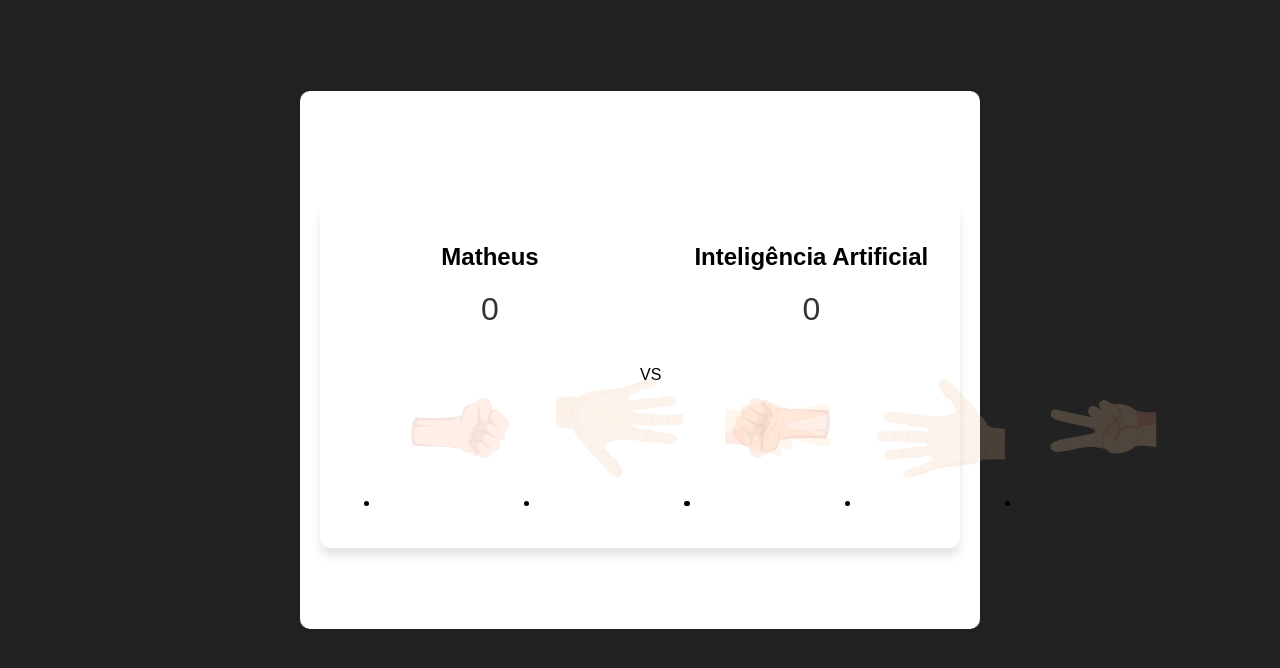
Repository: Matheus904-12/Pedra-Papel
Page: index.html
The author's editor kept a copy of each file at every save. The page is drawn from the files as they stood at one save, then again after the next save.
The browser window is 1280 px wide. The pictures show the whole page.

Above is the page before, as saved 2023-08-28 22:14:55.

### index.html
<!DOCTYPE html>
<html lang="en">
<head>
    <meta charset="UTF-8">
    <meta name="viewport" content="width=device-width, initial-scale=1.0">
    <title>Pedra, Papel e Tesoura</title>
    <link rel="stylesheet" href="style.css">
    <script src="script.js"></script>
</head>
<body>
    <center>
    <div class="box">
        <div class="container">
            <h1 id="titulo">Pedra, Papel e Tesoura</h1>
            <div class="placar" id="placar">
                <div class="jogador">
                    <h2 id="jogadorNome">Matheus</h2>
                    <p id="jogadorPontos">0</p>
                    <ul class="escolhas" id="jogadorEscolha">
                        <li>
                            <a id="jogadorEscolha1" class="escolha" onclick="jogar(1)">
                                <img src="img/1-removebg-preview.png" alt="">
                            </a>
                        </li>
                        <li>
                            <a id="jogadorEscolha2" class="escolha" onclick="jogar(2)">
                                <img src="img/2-removebg-preview.png" alt="">
                            </a>
                        </li>
                        <li>
                            <a id="jogadorEscolha3" class="escolha" onclick="jogar(3)">
                                <img src="img/3-removebg-preview.png" alt="">
                            </a>
                        </li>
                    </ul>
                </div>
                <div id="versus">VS</div>
                <div class="computador">
                    <h2 id="computadorNome">Inteligência Artificial</h2>
                    <p id="computadorPontos">0</p>
                    <ul class="escolhas" id="computadorEscolha">
                        <li>
                            <a id="computadorEscolha1" class="escolha">
                                <img src="img2/1.png" alt="">
                            </a>
                        </li>
                        <li>
                            <a id="computadorEscolha2" class="escolha">
                                <img src="img2/2.png" alt="">
                            </a>
                        </li>
                        <li>
                            <a id="computadorEscolha3" class="escolha">
                                <img src="img2/3.png" alt="">
                            </a>
                        </li>
                    </ul>
                </div>
            </div>
            <div class="mensagem"><p id="mensagem"class="result-message">&nbsp;</p>
    </div>
</center>
</body>
</html>

### style.css
/* Estilos para as escolhas do jogador e do computador */
ul#jogadorEscolha li a,
ul#computadorEscolha li a {
    opacity: 0.2;
    transition: ease-in-out 0.3s;
}

ul#jogadorEscolha li a:hover,
ul#jogadorEscolha li a.selecionado,
ul#computadorEscolha li a.selecionado {
    opacity: 1;
}

/* Estilos gerais */
body {
    font-family: 'Arial', sans-serif;
    background-color: #222;
    margin: 0;
    padding: 0;
    transition: background-color 0.5s ease;
    display: flex;
    align-items: center;
    justify-content: center;
    min-height: 100vh;
}

/* Estilo do container principal */
.box {
    display: flex;
    flex-direction: column;
    align-items: center;
    justify-content: center;
    background-color: #fff;
    box-shadow: 0 0 10px rgba(0, 0, 0, 0.1);
    border-radius: 10px;
    padding: 20px;
    margin: 20px;
}

/* Estilo do título */
#titulo {
    font-size: 2.5rem;
    color: #fff;
    margin-bottom: 20px;
}

/* Estilo do placar */
.placar {
    display: flex;
    align-items: center;
    justify-content: space-between;
    padding: 20px;
    background-color: #fff;
    border-radius: 10px;
    box-shadow: 0 8px 8px rgba(0, 0, 0, 0.1);
    width: 100%;
    max-width: 600px;
    margin-top: 20px;
}

.jogador,
.computador {
    width: 50%;
}

.jogador p,
.computador p {
    font-size: 2rem;
    color: #333;
    margin: 0;
}

.escolhas {
    display: flex;
    justify-content: space-around;
    margin-top: 20px;
}

.escolhas img {
    max-width: 160px;
    cursor: pointer;
    transition: transform 0.3s ease;
}

.escolhas img:hover {
    transform: scale(1.1);
}

/* Estilo do resultado/mensagem */
.result-message {
    font-size: 1.2rem;
    margin-top: 20px;
    color: #fff;
}

.result-message.vitoria {
    color: #4CAF50;
}

.result-message.derrota {
    color: #FF5733;
}

.result-message.empate {
    color: #FFC300;
}

/* Estilo do botão reiniciar */
.reiniciar-jogo {
    background-color: #3498db;
    border: none;
    color: white;
    padding: 10px 20px;
    text-align: center;
    text-decoration: none;
    display: inline-block;
    font-size: 16px;
    border-radius: 5px;
    cursor: pointer;
    transition: background-color 0.3s ease;
    margin-top: 20px;
}

.reiniciar-jogo:hover {
    background-color: #2980b9;
}

/* Estilo do histórico */
.historico {
    text-align: center;
    margin-top: 20px;
}

.historico-toggle {
    background-color: #333;
    border: none;
    color: white;
    padding: 5px 10px;
    font-size: 14px;
    border-radius: 5px;
    cursor: pointer;
    transition: background-color 0.3s ease;
}

.historico-toggle:hover {
    background-color: #222;
}

.historico-list {
    list-style: none;
    padding: 0;
    display: none;
    text-align: left;
}

.historico-list li {
    font-size: 14px;
    margin-bottom: 5px;
    color: #fff;
}

### script.js
let jogadorEscolha = 0;
let jogadorPontos = 0;
let computadorEscolha = 0;
let computadorPontos = 0;
let ganhador = -1;
let historico = [];

function jogar(escolha){
    jogadorEscolha = escolha;
    computadorEscolha = Math.floor(Math.random() * 3) + 1;


/*PEDRA = 1
  PAPEL = 2
  TESOURA = 3
*/

if (jogadorEscolha == 1 && computadorEscolha == 1) {
    ganhador = 0;
    //*PEDRA = PEDRA*//
} else if (jogadorEscolha == 1 && computadorEscolha == 2) {
    ganhador = 2;
    //PEDRA E PAPEL = PAPEL//
} else if (jogadorEscolha == 1 && computadorEscolha == 3) {
    ganhador = 1;
    //PEDRA E TESOURA = PEDRA//
} else if (jogadorEscolha == 2 && computadorEscolha == 1) {
    ganhador = 1;
    //PAPEL E PEDRA = PEDRA
} else if (jogadorEscolha == 2 && computadorEscolha == 2) {
    ganhador =  0;
    //PAPEL E PAPEL = NADA
} else if (jogadorEscolha == 2 && computadorEscolha == 3) {
    ganhador = 2;
    //PAPEL E TESOURA = TESOURA
} else if (jogadorEscolha == 3 && computadorEscolha == 1) {
    ganhador = 2;
    //TESOURA E PEDRA = PEDRA
} else if (jogadorEscolha == 3 && computadorEscolha == 2) {
    ganhador = 1;
    //TESOURA E PAPEL = TESOURA
} else if (jogadorEscolha == 3 && computadorEscolha == 3) {
    ganhador = 0;
    //TESOURA E TESOURA = EMPATE
}


document.getElementById('jogadorEscolha1').classList.remove('selecionado');
document.getElementById('jogadorEscolha2').classList.remove('selecionado');
document.getElementById('jogadorEscolha3').classList.remove('selecionado');
document.getElementById('computadorEscolha1').classList.remove('selecionado');
document.getElementById('computadorEscolha2').classList.remove('selecionado');
document.getElementById('computadorEscolha3').classList.remove('selecionado');



document.getElementById('jogadorEscolha'+jogadorEscolha).classList.add('selecionado');
document.getElementById('computadorEscolha'+computadorEscolha).classList.add('selecionado');


/*
EMPATE = 0;
JOGADOR = 1;
COMPUTADOR = 2;
*/


// Atualizar placar
if (ganhador === 1) {
    jogadorPontos++;
} else if (ganhador === 2) {
    computadorPontos++;
}

document.getElementById('jogadorPontos').textContent = jogadorPontos;
document.getElementById('computadorPontos').textContent = computadorPontos;


// Mensagem do resultado
let mensagem = '';
if (ganhador === 1) {
    mensagem = 'Você venceu!';
} else if (ganhador === 2) {
    mensagem = 'Você perdeu!';
} else {
    mensagem = 'Empate!';
}

// Adicionar ao histórico
historico.push({
    jogador: jogadorEscolha,
    computador: computadorEscolha,
    resultado: ganhador
});

// Atualizar elementos na página
document.getElementById('jogadorPontos').textContent = jogadorPontos;
document.getElementById('computadorPontos').textContent = computadorPontos;
document.querySelector('.result-message').textContent = mensagem;
document.querySelector('.result-message').className = `result-message ${ganhadorClass}`;

// Exibir histórico
mostrarHistorico();

// Adicionar classe de estilo à mensagem
let mensagemElement = document.getElementById('mensagem');
mensagemElement.classList.remove('vitoria', 'derrota', 'empate');
if (ganhador === 1) {
    mensagemElement.classList.add('vitoria');
} else if (ganhador === 2) {
    mensagemElement.classList.add('derrota');
} else {
    mensagemElement.classList.add('empate');
}
}

function mostrarHistorico() {
let historicoList = document.getElementById('historico-list');
historicoList.innerHTML = '';

for (let i = 0; i < historico.length; i++) {
    let item = historico[i];
    let resultado = '';
    if (item.resultado === 1) {
        resultado = 'Vitória';
    } else if (item.resultado === 2) {
        resultado = 'Derrota';
    } else {
        resultado = 'Empate';
    }

    let listItem = document.createElement('li');
    listItem.textContent = `Jogador: ${item.jogador} | Computador: ${item.computador} | Resultado: ${resultado}`;
    historicoList.appendChild(listItem);
}


document.getElementById('historico-toggle').addEventListener('click', function() {
    const historicoList = document.querySelector('.historico-list');
    historicoList.style.display = historicoList.style.display === 'none' ? 'block' : 'none';
    this.textContent = historicoList.style.display === 'none' ? 'Ver Histórico' : 'Esconder Histórico';
});

// Mensagem do resultado
let mensagem = '';
if (ganhador === 1) {
    mensagem = 'Você venceu!';
} else if (ganhador === 2) {
    mensagem = 'Você perdeu!';
} else {
    mensagem = 'Empate!';
}

// Adicionar ao histórico
historico.push({
    jogador: jogadorEscolha,
    computador: computadorEscolha,
    resultado: ganhador
});


// Atualizar elementos na página
document.getElementById('jogadorPontos').textContent = jogadorPontos;
document.getElementById('computadorPontos').textContent = computadorPontos;
document.querySelector('.result-message').textContent = mensagem;
document.querySelector('.result-message').className = `result-message ${ganhadorClass}`;


 // Adicionar classe de estilo à mensagem
let mensagemElement = document.querySelector('.mensagem');
mensagemElement.classList.remove('vitoria', 'derrota', 'empate');
if (ganhador === 1) {
    mensagemElement.classList.add('vitoria');
} else if (ganhador === 2) {
    mensagemElement.classList.add('derrota');
} else {
    mensagemElement.classList.add('empate');
}

// Atualizar estilo da página com base no resultado
document.querySelector('.box').className = `box ${ganhadorClass}`;




// Atualizar cor de fundo com base no resultado
if (ganhador === 1) {
    document.body.style.backgroundColor = '#4CAF50'; // Verde
} else if (ganhador === 2) {
    document.body.style.backgroundColor = '#FF5733'; // Vermelho
} else {
    document.body.style.backgroundColor = '#FFC300'; // Amarelo
}


// Selecionar escolha do jogador
document.getElementById(`jogadorEscolha${jogadorEscolha}`).classList.add('selecionado');


// Atualizar escolhas do jogador
document.getElementById(`jogadorEscolha${jogadorEscolha}`).classList.add('selecionado');
document.getElementById(`computadorEscolha${computadorEscolha}`).classList.add('selecionado');

// Atualizar estilo da página com base no resultado
document.querySelector('.box').className = `box ${ganhadorClass}`;

// Função para reiniciar o jogo
function reiniciarJogo() {
    jogadorPontos = 0;
    computadorPontos = 0;
    historico = [];
    limparEscolhas();
    atualizarPlacar();
    limparMensagem();
    mostrarHistorico();
    resetarEstiloPagina();
}

// Limpar escolhas selecionadas
function limparEscolhas() {
    document.querySelectorAll('.escolha').forEach(element => {
        element.classList.remove('selecionado');
    });
}

// Atualizar placar
function atualizarPlacar() {
    document.getElementById('jogadorPontos').textContent = jogadorPontos;
    document.getElementById('computadorPontos').textContent = computadorPontos;
}

// Limpar mensagem do resultado
function limparMensagem() {
    document.querySelector('.result-message').textContent = '';
    document.querySelector('.mensagem').className = 'mensagem';
}

// Resetar estilo da página
function resetarEstiloPagina() {
    document.querySelector('.box').className = 'box';
}

// Botão de reiniciar o jogo
document.getElementById('reiniciar-jogo').addEventListener('click', function() {
    reiniciarJogo();
});


// Função para reiniciar o jogo
function reiniciarJogo() {
    jogadorPontos = 0;
    computadorPontos = 0;
    historico = [];
    limparEscolhas();
    atualizarPlacar();
    limparMensagem();
    mostrarHistorico();
    resetarEstiloPagina();
}

// Limpar escolhas selecionadas
function limparEscolhas() {
    document.querySelectorAll('.escolha').forEach(element => {
        element.classList.remove('selecionado');
    });
}

// Atualizar placar
function atualizarPlacar() {
    document.getElementById('jogadorPontos').textContent = jogadorPontos;
    document.getElementById('computadorPontos').textContent = computadorPontos;
}

// Limpar mensagem do resultado
function limparMensagem() {
    document.querySelector('.result-message').textContent = '';
    document.querySelector('.mensagem').className = 'mensagem';
}

// Resetar estilo da página
function resetarEstiloPagina() {
    document.querySelector('.box').className = 'box';
}

// Botão de reiniciar o jogo
document.getElementById('reiniciar-jogo').addEventListener('click', function() {
    reiniciarJogo();
});


}

After the next save:
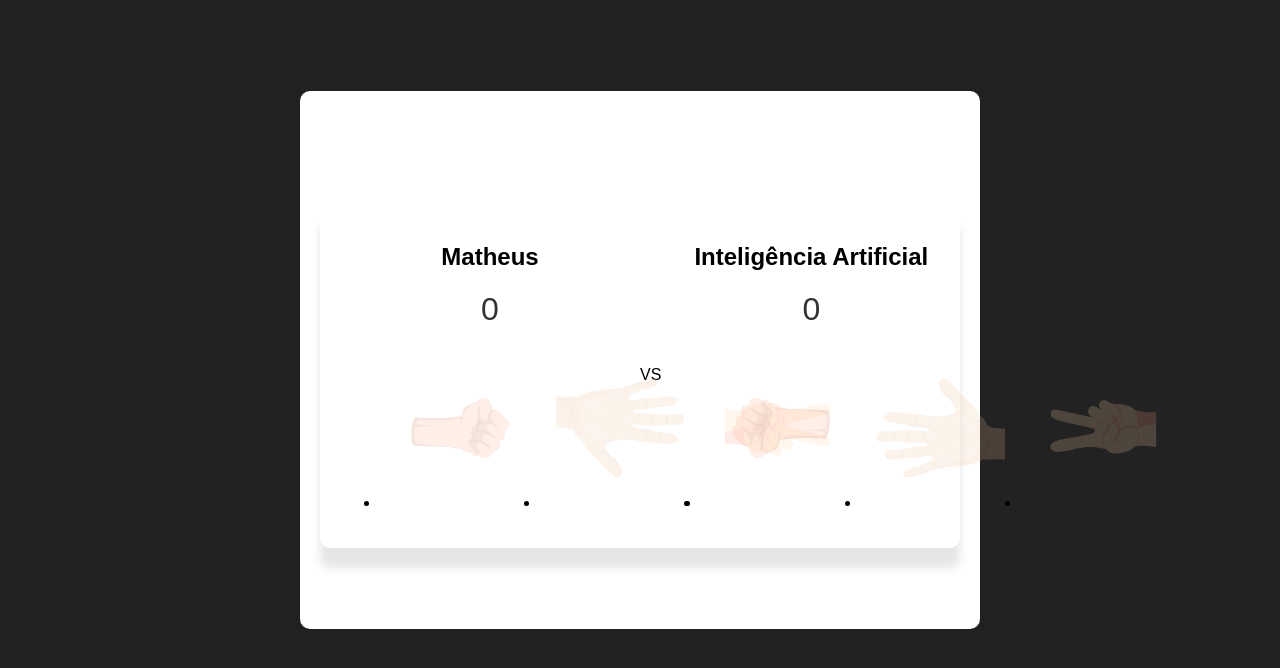
Saved 7 s later.
--- a/style.css
+++ b/style.css
@@ -52,7 +52,7 @@ body {
     padding: 20px;
     background-color: #fff;
     border-radius: 10px;
-    box-shadow: 0 8px 8px rgba(0, 0, 0, 0.1);
+    box-shadow: 0 20px 8px rgba(0, 0, 0, 0.1);
     width: 100%;
     max-width: 600px;
     margin-top: 20px;
